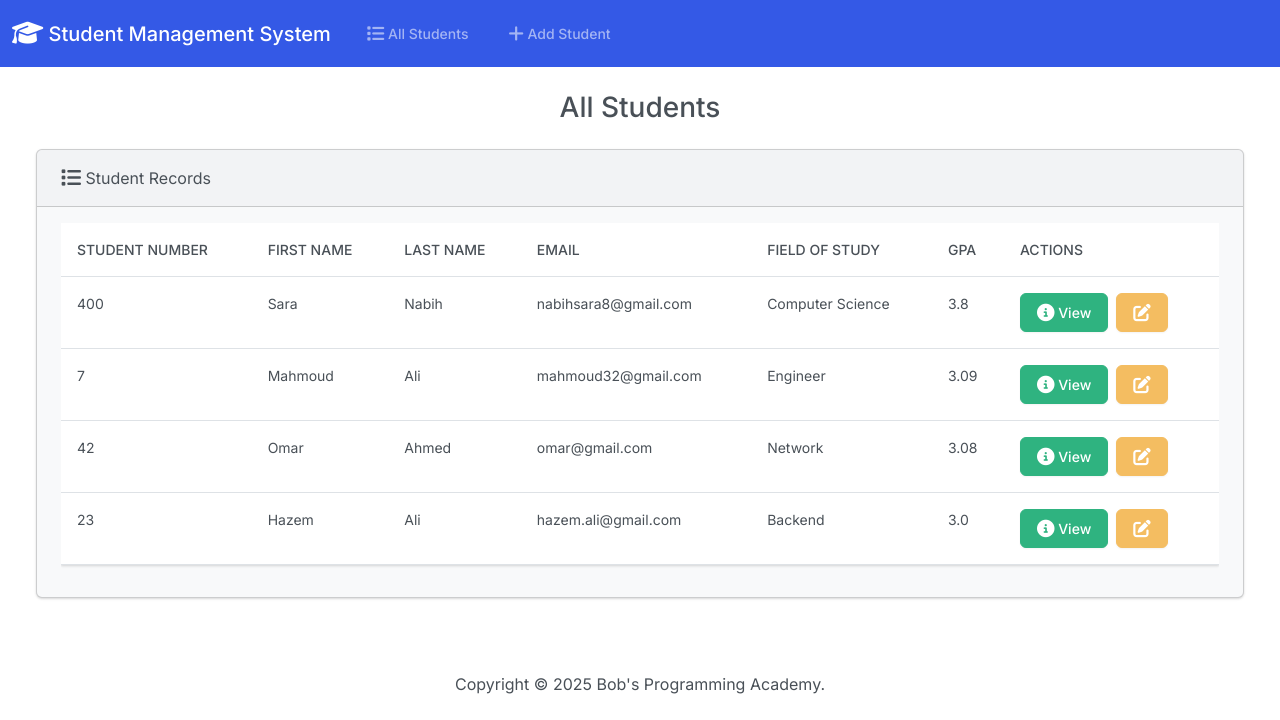
Repository: saraanbih/Student-Management-System
Page: http://localhost/
The author's editor kept a copy of each file at every save. The page is drawn from the files as they stood at one save, then again after the next save.
The browser window is 1280 px wide. The pictures show the whole page.
Some web libraries are served in a nearby version. The page is served by the project's application, run on Django 5.2 (manage.py). The page reads the database file committed with the project.

Above is the page before, as saved 2025-09-12 23:55:07.

After the next save:
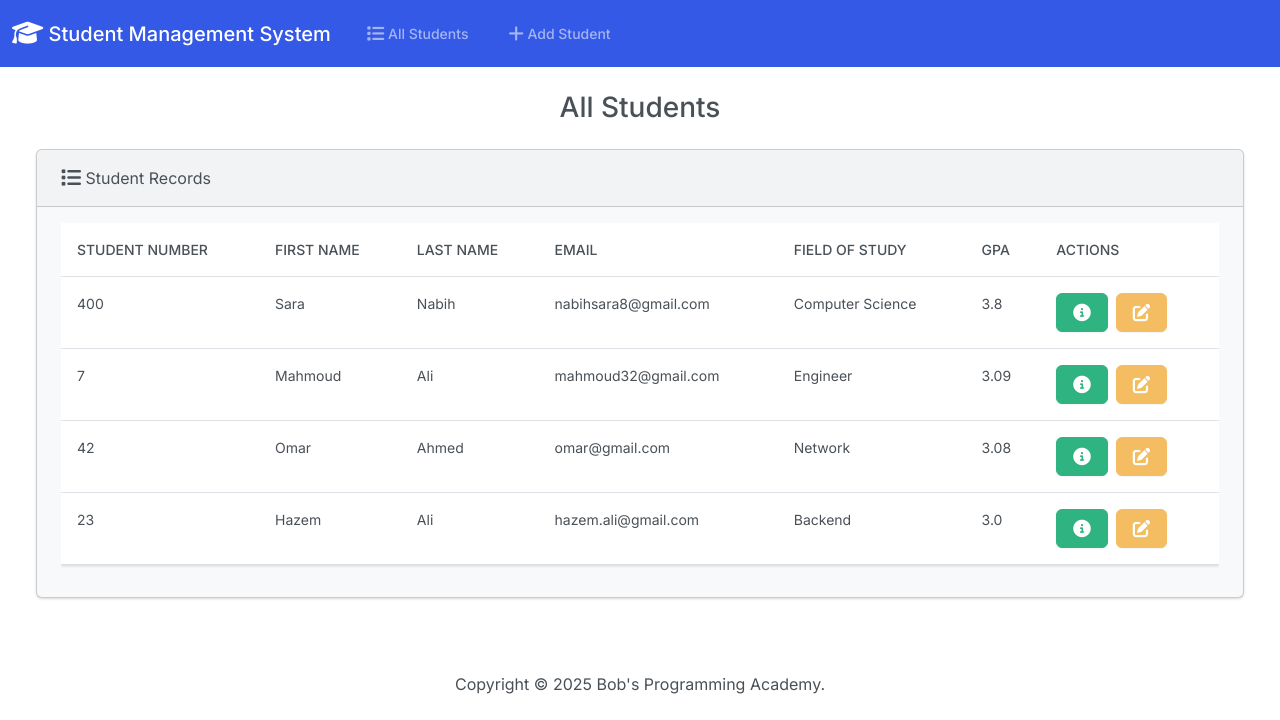
Saved 42 s later.
--- a/students/templates/students/index.html
+++ b/students/templates/students/index.html
@@ -39,7 +39,7 @@
                           class="btn btn-success me-1"
                           data-bs-toggle="modal"
                           data-bs-target="#myModal{{ student.student_id }}">
-                          <i class="fa-solid fa-circle-info fa-lg"></i> View
+                          <i class="fa-solid fa-circle-info fa-lg"></i>
                         </button>
 
                         <!-- View Modal -->
